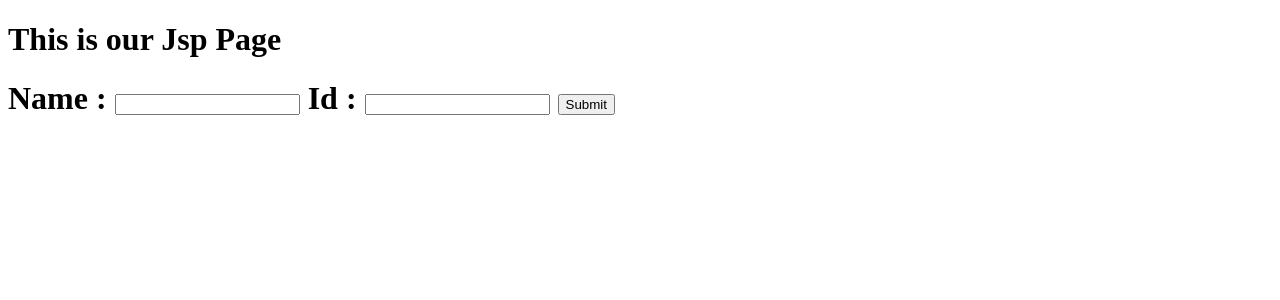
Repository: kamalsingh7290/ServletANDjsp
Page: http://localhost/JSP_Req_Resp/
The author's editor kept a copy of each file at every save. The page is drawn from the files as they stood at one save, then again after the next save.
The browser window is 1280 px wide. The pictures show the whole page.
The page is served by Tomcat 9.

Above is the page before, as saved 2022-01-25 17:15:31.

After the next save:
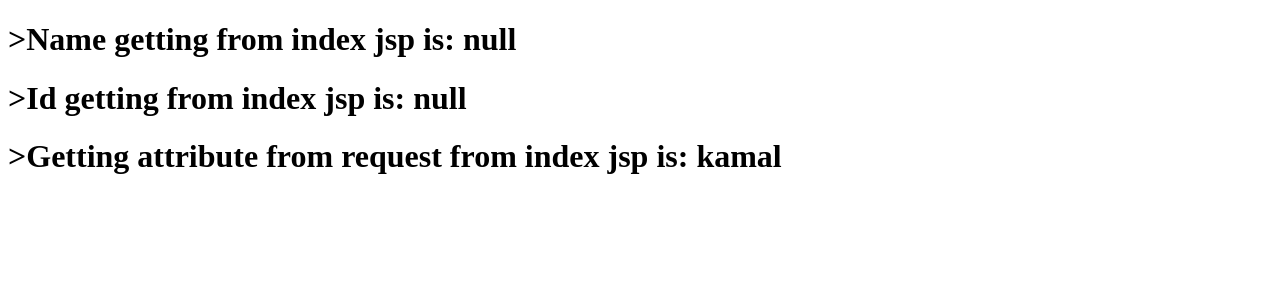
Saved 9 s later.
--- a/JSP_Req_Resp/src/main/webapp/Index.jsp
+++ b/JSP_Req_Resp/src/main/webapp/Index.jsp
@@ -13,7 +13,7 @@
 	Name : <input type="text" name="fname">
 	Id : <input type="text" name="id">
 	<input type="submit">
-	<%request.getRequestDispatcher("NewFile.jsp"); %>
+	<%request.getRequestDispatcher("NewFile.jsp").forward(request, response); %>
 	</form>
 </body>
 </html>
